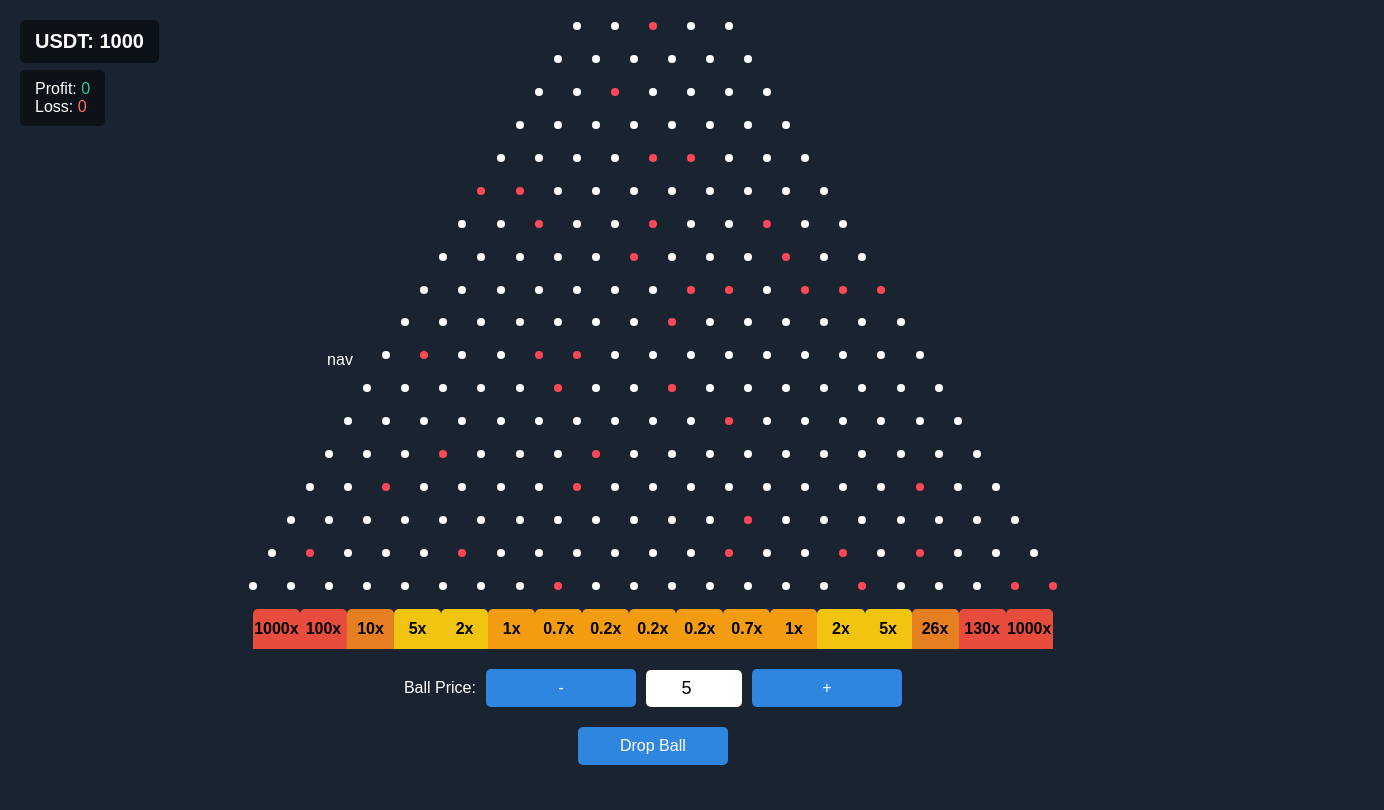
Repository: daffa-alif/PLINKO-JS
Page: index.html
These files come from the project's save history. The page is drawn as it stood at one moment and after the next save; the edit follows.
The browser window is 1280 px wide. The page is 1280 px wide, then 1384 px, so the pictures cover 1384 px, including what lies to the right of the window. The pictures show the whole page.

Above is the page before, as saved 2025-03-07 09:23:48.

After the next save:
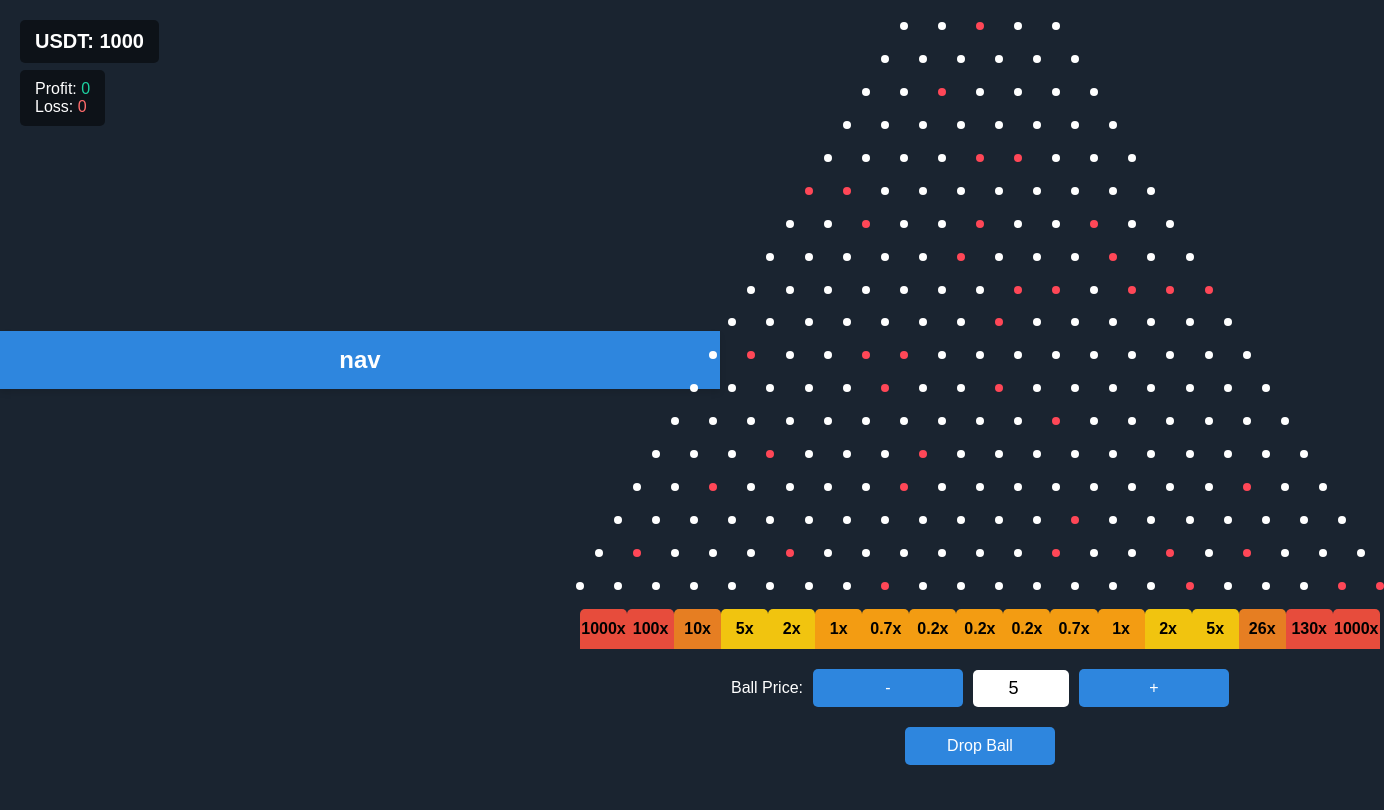
Saved 63 s later.
--- a/index.html
+++ b/index.html
@@ -5,6 +5,21 @@
     <meta name="viewport" content="width=device-width, initial-scale=1.0">
     <title>Plinko Game</title>
     <style>
+         nav {
+            width: 100%;
+        }
+
+        header {
+            background-color: #2e86de;
+            color: white;
+            padding: 15px 20px;
+            text-align: center;
+            font-size: 24px;
+            font-weight: bold;
+            box-shadow: 0px 4px 6px rgba(0, 0, 0, 0.1);
+            width: 100%;
+        }
+
         body {
             background-color: #1a2430;
             font-family: Arial, sans-serif;
